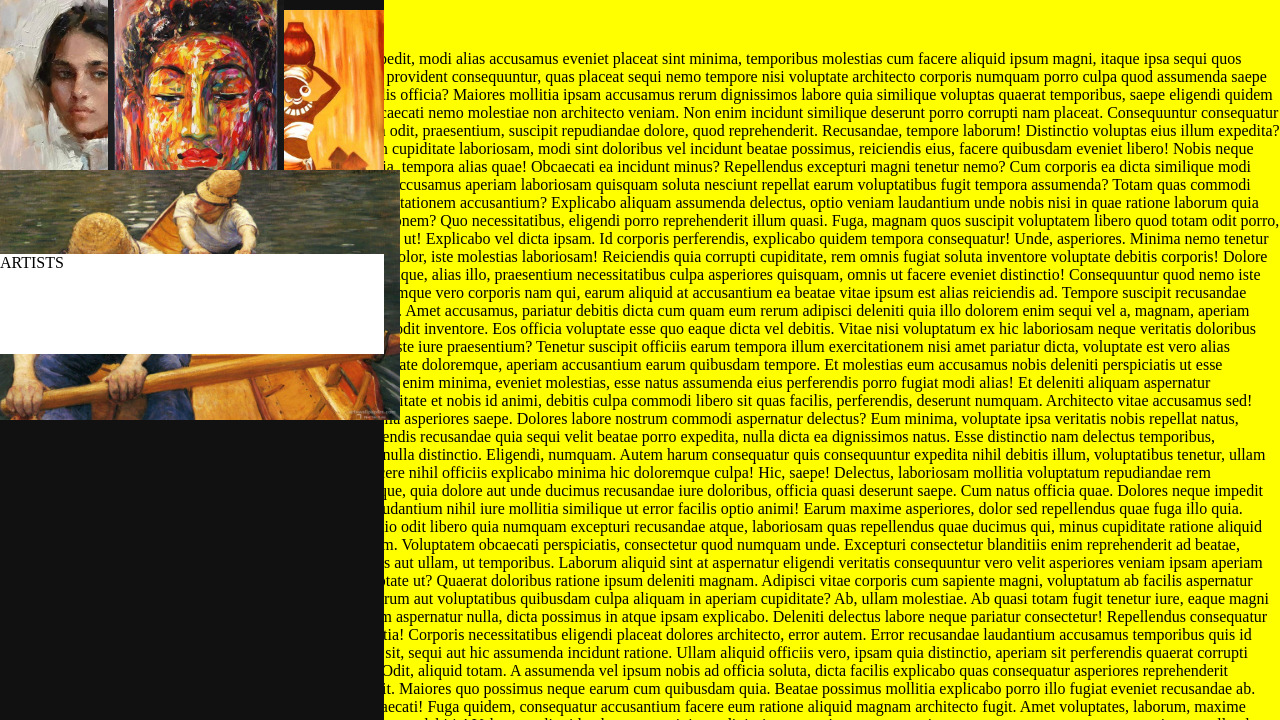
Repository: prathyushaa5/artgallery
Page: index/artists.html
These files come from the project's save history. The page is drawn as it stood at one moment and after the next save; the edit follows.
The browser window is 1280 px wide. The pictures show the whole page.
An inner scrolling area shows only its first screen.

Above is the page before, as saved 2023-11-20 21:19:46.

### index/artists.html
<!DOCTYPE html>
<html lang="en">
<head>
    <meta charset="UTF-8">
    <meta name="viewport" content="width=device-width, initial-scale=1.0">
    <title>Document</title>
</head>
<style>
body{
    margin:0;
    padding:0;
}

#part1{
    height:100vh;
    background-color:#111111;
    position:fixed;
    top:0;
    left:0;
    width:30%;

}
#img1{
    height:250px;
    position:relative
}
#img2{
    height:250px;
    position:absolute;
    top:-10px;
    right:100px;
    z-index:2;
}
#img3{
    height:250px;
    position:absolute;
    top:10px;
    right:0px;
    z-index:1;
}
#img4{
    height:250px;
    position:absolute;
    z-index:3;
    top:170px;
    left:0px;
}
p{
color:white;
}

#part2{
    height:100vh;
    background-color: yellow;
    overflow-y:scroll;
}
#artists{
    position:absolute;
    z-index:1000;
    height:100px;
    width:100%;
    background-color:white;
}
</style>
<body>
<div id="part1">
    <img src="../images/artist3.jpg" id="img1">
    <img src="../images/artist2.jpg" id="img2">
    <img src="../images/artist1.jpg" id="img3">
    <img src="../images/img14.jpg" id="img4">
    <div id="artists">ARTISTS</div>

    <!-- <img src="../images/artist5.jpg" class="img" height="200">
    <img src="../images/artist6.jpg" class="img" height="200"> -->
</div>
<div id="part2">
    <p>this is part2</p>
    Lorem ipsum dolor sit amet consectetur adipisicing elit. Impedit, modi alias accusamus eveniet placeat sint minima, temporibus molestias cum facere aliquid ipsum magni, itaque ipsa sequi quos corrupti dolor? Quis!
    Pariatur, dolor. Quis, sunt? Asperiores provident consequuntur, quas placeat sequi nemo tempore nisi voluptate architecto corporis numquam porro culpa quod assumenda saepe accusantium inventore! Blanditiis laborum fugiat culpa facilis officia?
    Maiores mollitia ipsam accusamus rerum dignissimos labore quia similique voluptas quaerat temporibus, saepe eligendi quidem adipisci! Quae facere culpa odit, neque beatae at. Neque obcaecati nemo molestiae non architecto veniam.
    Non enim incidunt similique deserunt porro corrupti nam placeat. Consequuntur consequatur est eos explicabo minima perferendis facere cum id nostrum odit, praesentium, suscipit repudiandae dolore, quod reprehenderit. Recusandae, tempore laborum!
    Distinctio voluptas eius illum expedita? Deleniti ipsa quo rem ipsam id minima nesciunt animi totam cupiditate laboriosam, modi sint doloribus vel incidunt beatae possimus, reiciendis eius, facere quibusdam eveniet libero!
    Nobis neque unde, rem incidunt, voluptates obcaecati libero ratione officia, tempora alias quae! Obcaecati ea incidunt minus? Repellendus excepturi magni tenetur nemo? Cum corporis ea dicta similique modi aspernatur vero.
    Illum, excepturi et mollitia veniam expedita accusamus aperiam laboriosam quisquam soluta nesciunt repellat earum voluptatibus fugit tempora assumenda? Totam quas commodi itaque numquam. Vero numquam quia itaque molestiae, exercitationem accusantium?
    Explicabo aliquam assumenda delectus, optio veniam laudantium unde nobis nisi in quae ratione laborum quia iste tempore pariatur. Nulla, veniam earum! Autem, exercitationem? Quo necessitatibus, eligendi porro reprehenderit illum quasi.
    Fuga, magnam quos suscipit voluptatem libero quod totam odit porro, corporis neque dicta incidunt corrupti. Quaerat magni tempore ut! Explicabo vel dicta ipsam. Id corporis perferendis, explicabo quidem tempora consequatur!
    Unde, asperiores. Minima nemo tenetur qui quam aut sequi aspernatur, debitis, voluptates illum odio dolor, iste molestias laboriosam! Reiciendis quia corrupti cupiditate, rem omnis fugiat soluta inventore voluptate debitis corporis!
    Dolore adipisci laboriosam aspernatur maxime repellat reiciendis cumque, alias illo, praesentium necessitatibus culpa asperiores quisquam, omnis ut facere eveniet distinctio! Consequuntur quod nemo iste maxime officiis deserunt sunt natus iure!
    Nulla perferendis cumque vero corporis nam qui, earum aliquid at accusantium ea beatae vitae ipsum est alias reiciendis ad. Tempore suscipit recusandae minima assumenda, quas quam sapiente nam veritatis corrupti.
    Amet accusamus, pariatur debitis dicta cum quam eum rerum adipisci deleniti quia illo dolorem enim sequi vel a, magnam, aperiam quaerat veritatis. Voluptates facilis aliquid ea dolorum officia odit inventore.
    Eos officia voluptate esse quo eaque dicta vel debitis. Vitae nisi voluptatum ex hic laboriosam neque veritatis doloribus rerum cupiditate. Fugit quaerat rerum quia beatae ad deleniti iste iure praesentium?
    Tenetur suscipit officiis earum tempora illum exercitationem nisi amet pariatur dicta, voluptate est vero alias ratione, ipsa velit ea porro omnis? Veritatis perferendis cupiditate doloremque, aperiam accusantium earum quibusdam tempore.
    Et molestias eum accusamus nobis deleniti perspiciatis ut esse inventore nisi incidunt! Fuga eaque eligendi architecto placeat enim minima, eveniet molestias, esse natus assumenda eius perferendis porro fugiat modi alias!
    Et deleniti aliquam aspernatur cupiditate, magnam suscipit eos? Voluptas dolorum esse cupiditate et nobis id animi, debitis culpa commodi libero sit quas facilis, perferendis, deserunt numquam. Architecto vitae accusamus sed!
    Maxime inventore voluptatum quia? Placeat quam eaque nulla asperiores saepe. Dolores labore nostrum commodi aspernatur delectus? Eum minima, voluptate ipsa veritatis nobis repellat natus, aperiam libero ex consequuntur, accusantium quas!
    Ex reiciendis recusandae quia sequi velit beatae porro expedita, nulla dicta ea dignissimos natus. Esse distinctio nam delectus temporibus, consequatur fuga deserunt nobis? Corrupti alias accusamus nulla distinctio. Eligendi, numquam.
    Autem harum consequatur quis consequuntur expedita nihil debitis illum, voluptatibus tenetur, ullam vero soluta placeat molestiae animi aspernatur eos odio. Facere nihil officiis explicabo minima hic doloremque culpa! Hic, saepe!
    Delectus, laboriosam mollitia voluptatum repudiandae rem laudantium deleniti atque culpa porro provident corrupti neque, quia dolore aut unde ducimus recusandae iure doloribus, officia quasi deserunt saepe. Cum natus officia quae.
    Dolores neque impedit maxime sunt quibusdam, explicabo fugiat alias provident laudantium nihil iure mollitia similique ut error facilis optio animi! Earum maxime asperiores, dolor sed repellendus quae fuga illo quia.
    Rerum dicta voluptas ipsum, at laudantium velit. Veniam odio odit libero quia numquam excepturi recusandae atque, laboriosam quas repellendus quae ducimus qui, minus cupiditate ratione aliquid molestiae delectus velit dolorem.
    Omnis optio cumque earum. Voluptatem obcaecati perspiciatis, consectetur quod numquam unde. Excepturi consectetur blanditiis enim reprehenderit ad beatae, ducimus unde, quaerat qui eum voluptatibus ipsam molestias aut ullam, ut temporibus.
    Laborum aliquid sint at aspernatur eligendi veritatis consequuntur vero velit asperiores veniam ipsam aperiam illo et culpa quisquam officiis amet, placeat explicabo voluptate ut? Quaerat doloribus ratione ipsum deleniti magnam.
    Adipisci vitae corporis cum sapiente magni, voluptatum ab facilis aspernatur quo molestias obcaecati, harum nihil voluptate, at dolor! Harum aut voluptatibus quibusdam culpa aliquam in aperiam cupiditate? Ab, ullam molestiae.
    Ab quasi totam fugit tenetur iure, eaque magni doloremque voluptate quia, dolor molestias sequi vero earum aspernatur nulla, dicta possimus in atque ipsam explicabo. Deleniti delectus labore neque pariatur consectetur!
    Repellendus consequatur veritatis incidunt voluptas expedita magni voluptatum mollitia! Corporis necessitatibus eligendi placeat dolores architecto, error autem. Error recusandae laudantium accusamus temporibus quis id laboriosam? Sed porro eos voluptatum doloremque!
    Harum sit, sequi aut hic assumenda incidunt ratione. Ullam aliquid officiis vero, ipsam quia distinctio, aperiam sit perferendis quaerat corrupti culpa vitae temporibus laborum consequatur, eius minima? Odit, aliquid totam.
    A assumenda vel ipsum nobis ad officia soluta, dicta facilis explicabo quas consequatur asperiores reprehenderit dolorem eius adipisci reiciendis inventore aspernatur impedit. Maiores quo possimus neque earum cum quibusdam quia.
    Beatae possimus mollitia explicabo porro illo fugiat eveniet recusandae ab. Quae aliquam voluptatum magni hic repellat, iusto odit obcaecati! Fuga quidem, consequatur accusantium facere eum ratione aliquid magnam architecto fugit.
    Amet voluptates, laborum, maxime enim voluptas dolorum, error unde vero fugiat corporis voluptate debitis! Voluptate aliquid vel amet, suscipit et adipisci error veniam quam, maxime porro, quae accusamus accusantium repellendus.
    Omnis, hic. Ea accusantium rerum porro iusto commodi velit minus corrupti quaerat atque, blanditiis a, explicabo laudantium, quisquam quo cupiditate facere distinctio non autem error. Nisi ipsum aperiam dolores autem.
    Illo excepturi error fuga labore. Maiores similique culpa velit doloribus impedit nulla eligendi. Porro itaque, iusto dolorem officiis hic deserunt repellat assumenda a minima corporis pariatur quidem aperiam tempore sint!
    Aut ut enim atque nesciunt magnam ea quidem! Vero exercitationem quisquam harum praesentium, illo accusamus fugit libero quod magnam minus reprehenderit quaerat ex architecto nostrum beatae, ratione quia eveniet sunt.
    Eligendi, possimus aperiam culpa, fugit quas sunt quos tempora amet repellat odio perferendis repudiandae nihil molestiae vel itaque exercitationem minima dignissimos modi iusto repellendus. Hic consequatur dicta iusto numquam minus.
    Quam libero eos eaque itaque, perferendis odio culpa tenetur enim vel, ex asperiores ullam magni recusandae corporis provident placeat facilis reprehenderit voluptatibus tempore dolor mollitia autem nemo! Veniam, repellendus tenetur.
    Fuga sit aliquam in perspiciatis, hic dicta cumque laboriosam est velit quaerat quo provident voluptatem autem quam optio ad molestiae accusantium ipsa sapiente eius, tempora totam. Laboriosam magni facilis illo.
    Incidunt alias aperiam quidem inventore nulla minima perferendis cum tempora facilis. Nostrum quasi commodi eligendi odio, cum voluptatem fuga sit perferendis, eveniet atque praesentium, delectus fugiat a unde? Iste, impedit.
    Quisquam mollitia, dolores vero maiores illum accusamus, esse illo voluptatem deleniti non et harum sed sequi. Non consequuntur, esse veniam repudiandae unde qui, ab culpa totam nostrum autem ipsum repellat.
    Consectetur numquam laborum odio dolore in, dicta rem facere! Pariatur nisi fuga optio odit sunt, consectetur assumenda, rerum veniam exercitationem tenetur ea tempore iure accusantium necessitatibus sapiente voluptate ut? Voluptatem.
    Rerum at autem culpa earum veritatis ab saepe odit corporis molestias, cupiditate illum similique commodi necessitatibus a minima eum totam accusantium quibusdam perferendis asperiores fuga. Odit quasi laboriosam nostrum nesciunt.
    Exercitationem animi quos quam eos corrupti fuga sint laboriosam expedita ab hic cumque sequi deserunt facere at aspernatur quia, cum quidem consectetur velit odit error maiores repellat eveniet optio! Officia!
    Magnam itaque rem odio? Non ad atque, tempore earum vitae labore incidunt maiores nulla minima eligendi perferendis enim reiciendis delectus quisquam laboriosam minus numquam sit nemo nam explicabo placeat praesentium.
    Error omnis soluta deserunt rerum dolor natus. Minima autem voluptatem quasi placeat officiis omnis molestias nihil cum aut doloribus non sequi quam cumque, consequatur error dolorum esse recusandae. Esse, quisquam?
    Officiis, beatae optio nesciunt dolore nemo neque eius atque. Vitae quibusdam, dolores aperiam sit recusandae laudantium nam aliquam expedita quod facere, alias maiores voluptatibus possimus quaerat eaque dicta enim est.
    Aperiam rem repudiandae laborum mollitia quaerat quasi est in hic quas laudantium a perspiciatis molestiae recusandae iste sequi, nihil consequatur vitae assumenda asperiores odit maxime natus. Vel sit doloribus repudiandae.
    Eaque aliquam quidem autem consequuntur voluptatum facilis quae reprehenderit cum atque explicabo nam natus earum nulla vitae, culpa blanditiis dolorem veniam, minus iure et similique fuga eos. Perspiciatis, laborum provident.
    At rem voluptatem quo! Ab corporis vel soluta reprehenderit rem quia autem, fugit, architecto voluptatem nemo ea accusamus optio quasi tenetur incidunt error voluptatum quis veritatis similique eveniet reiciendis provident!
    Reprehenderit minima culpa ullam doloribus perferendis, debitis velit cumque. Quae, explicabo quaerat. Harum nostrum hic repellendus quia quis exercitationem, debitis nulla! Quos asperiores veniam nulla. Praesentium sunt voluptates error asperiores.
    Culpa voluptatum vero excepturi! Tenetur corporis labore quod, ducimus necessitatibus at, saepe a voluptates quia error impedit, vero alias veritatis doloribus. Enim, debitis minima facere possimus rerum voluptatem harum eligendi.
    Voluptas consectetur quis facere accusantium delectus dignissimos eveniet quod velit aliquid. Aliquid fugit repellat officia dicta tempore cupiditate nam id reiciendis asperiores animi mollitia cumque perspiciatis alias, quis modi et?
    Optio quo, nulla assumenda est expedita reiciendis adipisci mollitia explicabo temporibus qui minus corporis officiis quibusdam, exercitationem ut sapiente! Accusantium rem dicta eos vero doloribus consequatur explicabo nemo voluptatum porro!
    Amet, illum. Earum, libero dolorem! Nostrum fuga natus minima ea provident nemo doloremque blanditiis incidunt explicabo molestiae aspernatur fugit laudantium quod illo, dolores officia sint quas unde quidem doloribus cumque.
    Obcaecati, quia eveniet nisi nobis laudantium aspernatur nesciunt debitis maiores totam? Eligendi obcaecati iusto sint, ipsam doloribus placeat suscipit optio culpa? Architecto, voluptatibus odio? Neque culpa reiciendis assumenda voluptatum deserunt.
    Explicabo, accusantium, repudiandae excepturi laboriosam similique quae ducimus quia, modi odio nulla magni iusto asperiores. Laboriosam quod asperiores, unde saepe dignissimos non maxime labore autem a ipsa corrupti vel pariatur.
    Deserunt maxime provident impedit ipsa nam quisquam facilis odit aliquid necessitatibus asperiores ullam porro eveniet, incidunt ex beatae magnam eius, earum suscipit qui repellat error illo! Ad perferendis pariatur commodi.
    Ad nemo inventore necessitatibus quia dicta sunt itaque quae amet, fuga ducimus ullam aspernatur incidunt ex possimus nihil! Perspiciatis consectetur illo numquam aliquam quis molestiae aperiam nulla ad repellendus nihil!
    Fuga nihil tenetur quos perferendis repellat iusto laudantium ex obcaecati, veritatis distinctio dicta hic eum accusantium recusandae, quisquam, doloribus excepturi. Vitae voluptatem dolore necessitatibus ex unde? Enim necessitatibus veniam ullam.
    Itaque, fugit. Laborum corrupti laboriosam nesciunt? Mollitia ut sunt reprehenderit explicabo nemo quas beatae nisi a adipisci, eaque, perspiciatis aperiam reiciendis minus doloremque nam ad accusantium laudantium facere praesentium dolore?
    Doloribus quas placeat, eius perspiciatis doloremque inventore deleniti quis asperiores similique, eligendi eum vitae. Cum nulla fugiat facilis veritatis cumque quia laboriosam iure? Magni in, sit porro quisquam voluptatibus molestiae.
    Nihil reiciendis eaque quo quis consequuntur laborum cumque placeat beatae ab, mollitia maiores. Expedita ducimus, dignissimos, ea iure neque, tempora soluta in voluptatum doloremque placeat doloribus ab reiciendis quibusdam laborum.
    Iure, velit sed nemo in porro quibusdam nesciunt eius deleniti reprehenderit quam libero optio minus iusto harum provident aspernatur qui necessitatibus expedita quaerat eum! Sed id officia iste fuga dolores!
    Alias veniam ipsum facilis iste ut beatae ex nesciunt? Vero officiis mollitia culpa libero repudiandae ipsum iste. Nam totam, ratione assumenda ab quibusdam repellat ipsam, obcaecati libero cupiditate rem ducimus.
    In praesentium iste, ducimus earum sapiente sint harum quas voluptatibus odio quidem nostrum labore neque possimus laudantium assumenda eum nesciunt aliquam, ratione, quis laborum. Accusantium sequi delectus sapiente ab ipsum?
    Neque corporis minima, fugiat natus ut culpa, delectus expedita harum dicta id dolorum, repudiandae omnis sapiente eveniet incidunt. Repudiandae, voluptatem quisquam? Eligendi itaque maxime illo nulla iure pariatur deserunt reiciendis?
    Repudiandae commodi delectus laborum quis dolor? Aliquid iste ex nulla temporibus ipsa maiores commodi et repudiandae obcaecati quam accusantium non ratione pariatur rerum itaque necessitatibus harum, veniam sed laboriosam nesciunt!
    Explicabo suscipit quas doloribus, animi odit unde veritatis sunt rem qui vero magni nulla? Animi, repudiandae ab quasi, quisquam quibusdam perferendis voluptatum, doloribus tempora qui quae ipsam aspernatur dolor quas.
    Culpa ducimus, odit quis dolorem quo aliquam perferendis ut a molestias quam exercitationem, expedita alias soluta earum doloribus vero ullam ratione cum qui. Harum deleniti explicabo odit deserunt fugiat aperiam!
    Rem incidunt laudantium tenetur? Earum nihil consequatur tempora in saepe animi qui laboriosam accusantium, doloremque autem maiores ducimus, illum distinctio iste esse velit quia possimus delectus deleniti impedit fugiat iusto.
    Soluta eos facere nemo unde recusandae minima veniam, non iure obcaecati voluptas asperiores repellat! Error tenetur ipsum cum. Illo rerum tempora quaerat itaque repellat optio amet eaque sequi aliquam similique.
    Architecto hic libero, quae voluptatum, aliquid pariatur sit suscipit cupiditate voluptates vel possimus voluptate iure, ex natus. Hic quas autem, ipsum maiores, repellat placeat est velit voluptatem non consectetur a.
    Magni odit ea suscipit. Eaque excepturi aliquam mollitia sapiente exercitationem. Similique id officiis adipisci laboriosam velit dicta sunt dolorum hic possimus temporibus aspernatur repudiandae, voluptate non laborum rem dolor itaque.
    Ut corporis quos aliquid quidem nihil, consequuntur, sequi dolore, voluptas quia beatae laboriosam. Animi explicabo perferendis fuga odio odit rem voluptate laboriosam. Nemo fugiat architecto possimus temporibus sapiente officia in.
    Deserunt nam quaerat, eius commodi repellat officia numquam iste, repellendus asperiores nostrum quod eveniet recusandae. Tenetur omnis magnam debitis odio quis enim? Iure dolor nisi ullam reprehenderit esse natus animi.
    Tenetur accusantium quibusdam cupiditate possimus sunt laborum cum natus illum quae corrupti accusamus deleniti, fugiat perspiciatis at voluptate laudantium dolore deserunt totam. Voluptate vitae in nihil, quibusdam harum blanditiis error.
    Repudiandae excepturi adipisci nobis impedit, omnis iste voluptas quia sed suscipit provident iure eius eum dolorum. Obcaecati, animi autem eos quis vel tenetur culpa dignissimos nisi maiores dolorem voluptatem incidunt.
    Quis, expedita corrupti corporis blanditiis porro dolorum nam rerum molestias soluta id eveniet, quaerat eius, aspernatur cum sed laudantium nulla dolor earum! Ducimus rerum dolores quidem accusamus in, error adipisci.
    Temporibus eius excepturi enim nulla quam numquam quidem minima fugiat esse maxime dolorum architecto est, repellendus delectus hic molestias nobis minus, aperiam tempora. Reprehenderit necessitatibus tempore, animi magnam ipsam mollitia.
    Impedit ducimus amet ad itaque nam totam voluptatum eum sed error eaque quae maxime, ratione quam maiores nulla consequatur alias dolores iure? Dignissimos illum maxime inventore deleniti, perspiciatis harum voluptas!
    Delectus, corrupti dignissimos amet tempora maxime sint ipsa. Earum blanditiis qui eius delectus. Sequi, delectus. Officiis mollitia enim reprehenderit, consequatur consequuntur error ipsam saepe! Ducimus dolor perferendis molestias aliquid reprehenderit.
    Aliquam quibusdam nisi eveniet sed. Placeat nostrum nisi rerum quibusdam porro velit corrupti ipsa excepturi eius numquam modi eaque unde deleniti ipsum dolor, cum sed blanditiis atque itaque veniam ullam!
    Beatae tenetur deserunt, cumque quibusdam mollitia soluta. Cum nisi ad minima, error aliquid eius excepturi, dignissimos odio autem praesentium molestias facilis voluptates neque nesciunt natus quos, ducimus inventore deleniti? Odit.
    Aliquam accusamus soluta facere eaque quasi, ullam error, ipsam placeat ea voluptatem modi eum, ad dicta vero. Magni doloremque, sit eaque earum suscipit laborum dolores fuga modi. Fugiat, temporibus odit!
    Aperiam exercitationem earum repudiandae ipsa obcaecati reprehenderit similique mollitia magnam! Nesciunt consectetur perspiciatis quam neque exercitationem aut aliquam vitae! Voluptatum porro veritatis odio placeat ipsa nesciunt. Fuga aliquam incidunt distinctio!
    Optio voluptatum harum, commodi exercitationem cumque quod voluptatem illum autem recusandae vero maxime laudantium aliquid nulla. Quo deleniti ad soluta repellendus labore, ipsum, a iusto odio officiis ex architecto animi!
    Laborum, ut ipsum magnam minima mollitia placeat! Animi nam facilis, id dignissimos excepturi dolores, nesciunt corporis alias dolorum doloribus tempora vitae aspernatur fuga. Cum, ipsum! Aspernatur ipsum quibusdam minus hic?
    Repellendus, consequuntur sequi iure laudantium deleniti animi iusto tempora ut sapiente quasi quia voluptas recusandae natus minima quis rerum aut, accusamus vel beatae? Omnis, doloribus cum impedit non blanditiis corrupti.
    Delectus nesciunt architecto dolores earum totam reprehenderit? Maxime facere nobis quasi obcaecati officiis minima sunt quaerat nostrum inventore repudiandae, expedita perspiciatis saepe, exercitationem dolorum voluptates qui velit illo omnis adipisci.
    Porro qui hic vero beatae tempore deserunt amet, nam recusandae animi error mollitia omnis. Ex placeat voluptate ad ipsa, distinctio rerum dignissimos deleniti, in, neque suscipit magnam labore maxime laboriosam.
    Autem, odit exercitationem. Eligendi quaerat similique rerum nulla nesciunt aperiam ullam recusandae a quidem? Odit a totam deleniti commodi placeat, vel deserunt hic modi vero eligendi ullam obcaecati consequatur odio?
    Commodi deserunt, fuga nihil nisi blanditiis explicabo sapiente aliquid optio unde, eius praesentium quae. Fugiat minima aut explicabo ipsa repellendus sit cumque similique voluptatem! Delectus quam optio dignissimos a quos?
    Earum perferendis dolorem illum blanditiis officiis, delectus iusto facilis soluta, necessitatibus eius ab ipsa dicta voluptatum quidem enim autem, eaque minima molestiae consectetur voluptates nobis fugiat. Repellat eius nostrum beatae.
    Nam repellendus tempora commodi quibusdam neque ut hic quidem sit aliquam ab. Tenetur asperiores consectetur dolores, non expedita atque, adipisci molestiae facere neque quas itaque ab magnam eos illum vero.
    Et, commodi modi quidem distinctio libero eligendi accusamus unde ullam non quas, dolorem similique quo. Ex, modi! Quo eligendi, culpa alias praesentium, ratione illum illo optio atque, quaerat nesciunt eaque!
    Aperiam, aliquid voluptatum delectus cupiditate quae vel qui minus unde est autem, vitae, enim perspiciatis atque. Neque saepe fugit, tempora, reprehenderit eveniet dolores recusandae ea, non repellat deleniti atque sunt.
    Aperiam similique incidunt voluptatum iusto officiis ducimus optio rerum eius, nesciunt suscipit, exercitationem consequuntur quis, explicabo tempora dolorem eveniet repellendus quam aut quo laudantium quidem delectus et magni quod. Aspernatur!
    Obcaecati nobis qui numquam! Suscipit reprehenderit necessitatibus laboriosam, corrupti numquam inventore earum saepe unde voluptatem accusamus mollitia beatae dolor sit possimus assumenda commodi eveniet provident corporis quibusdam omnis. Temporibus, ipsum.
    Laboriosam et a quisquam dicta sapiente labore, totam libero minima, quibusdam aliquid amet commodi excepturi rerum cupiditate tenetur repudiandae consectetur minus! Earum nemo esse est laudantium cupiditate odio eos dolores?
    Facere, quam, ullam autem animi ratione a magni harum optio nam nobis assumenda fugiat aspernatur necessitatibus quaerat velit reiciendis! Consequatur facere corrupti repudiandae adipisci laborum optio blanditiis ipsam earum fuga?
</div>
</body>
</html>

After the next save:
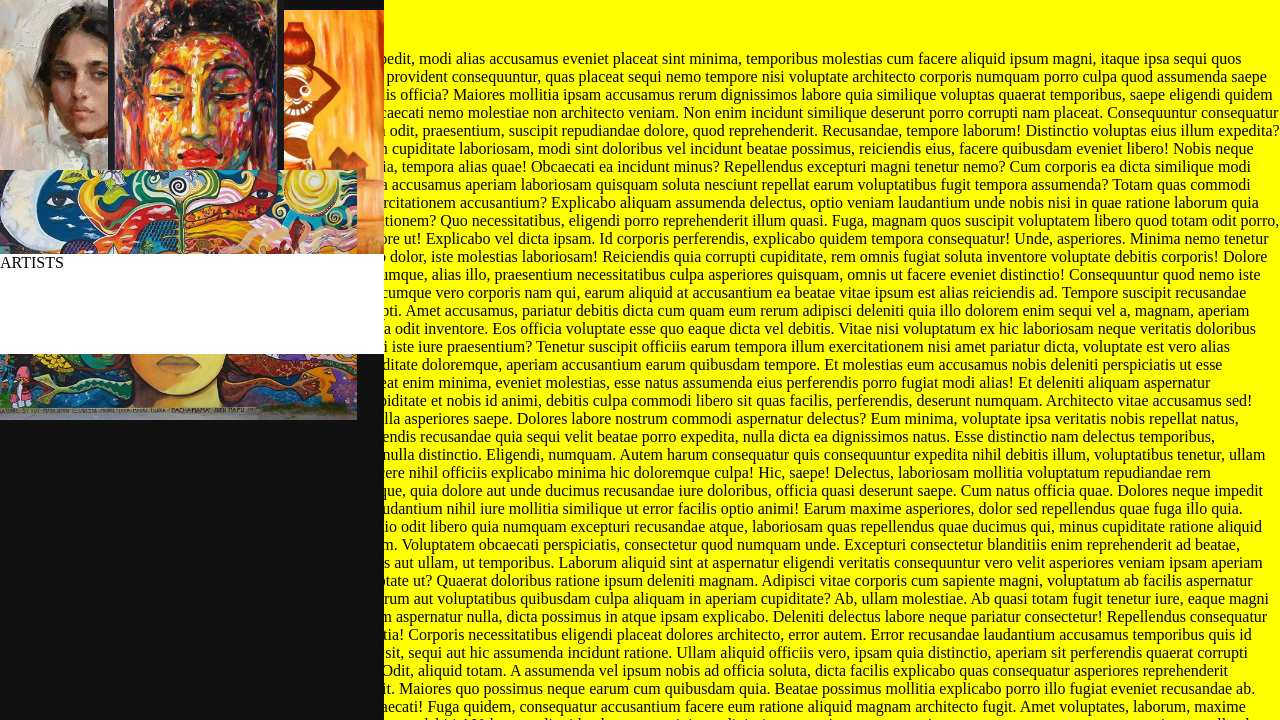
Saved 8 s later.
--- a/index/artists.html
+++ b/index/artists.html
@@ -67,7 +67,7 @@ color:white;
     <img src="../images/artist3.jpg" id="img1">
     <img src="../images/artist2.jpg" id="img2">
     <img src="../images/artist1.jpg" id="img3">
-    <img src="../images/img14.jpg" id="img4">
+    <img src="../images/img4.jpg" id="img4">
     <div id="artists">ARTISTS</div>
 
     <!-- <img src="../images/artist5.jpg" class="img" height="200">
